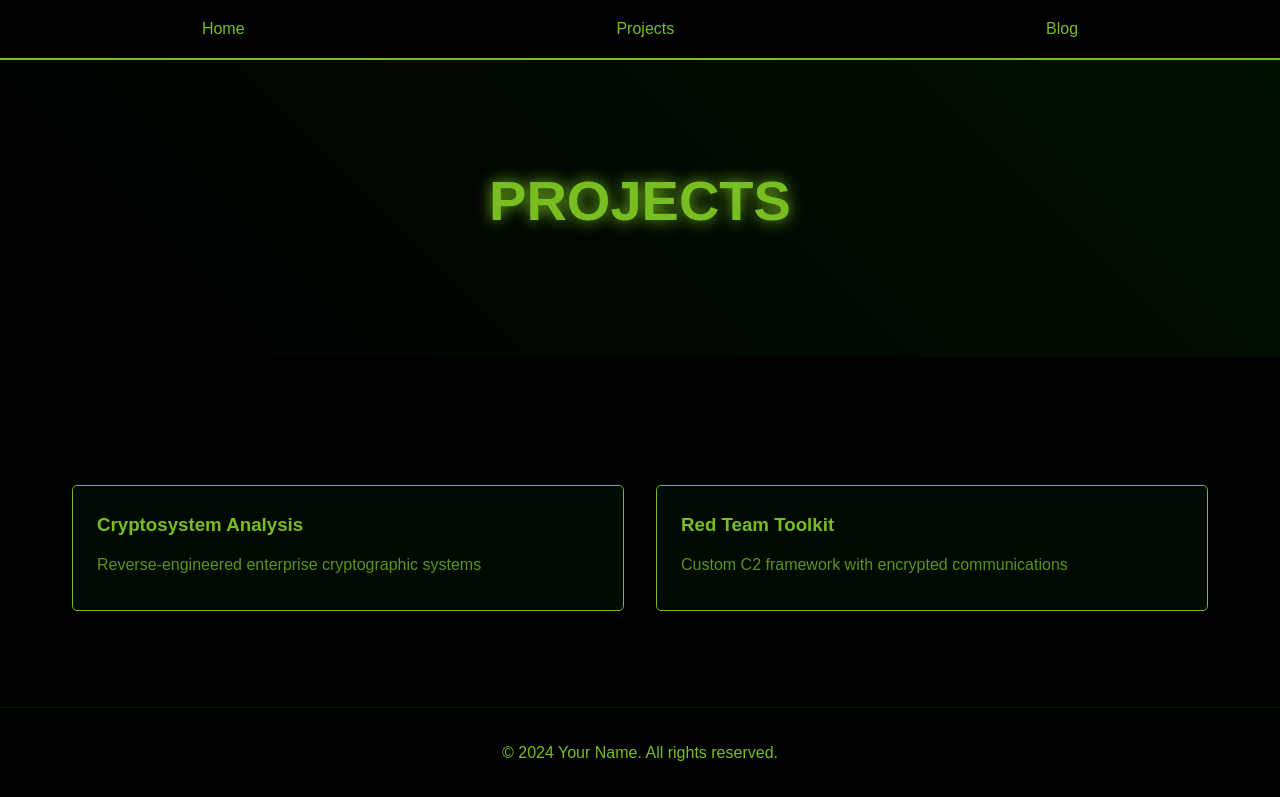
Repository: mohamedsoliman-tq/Website
Page: Projects.html
The author's editor kept a copy of each file at every save. The page is drawn from the files as they stood at one save, then again after the next save.
The browser window is 1280 px wide. The pictures show the whole page.

Above is the page before, as saved 2025-03-12 23:26:55.

After the next save:
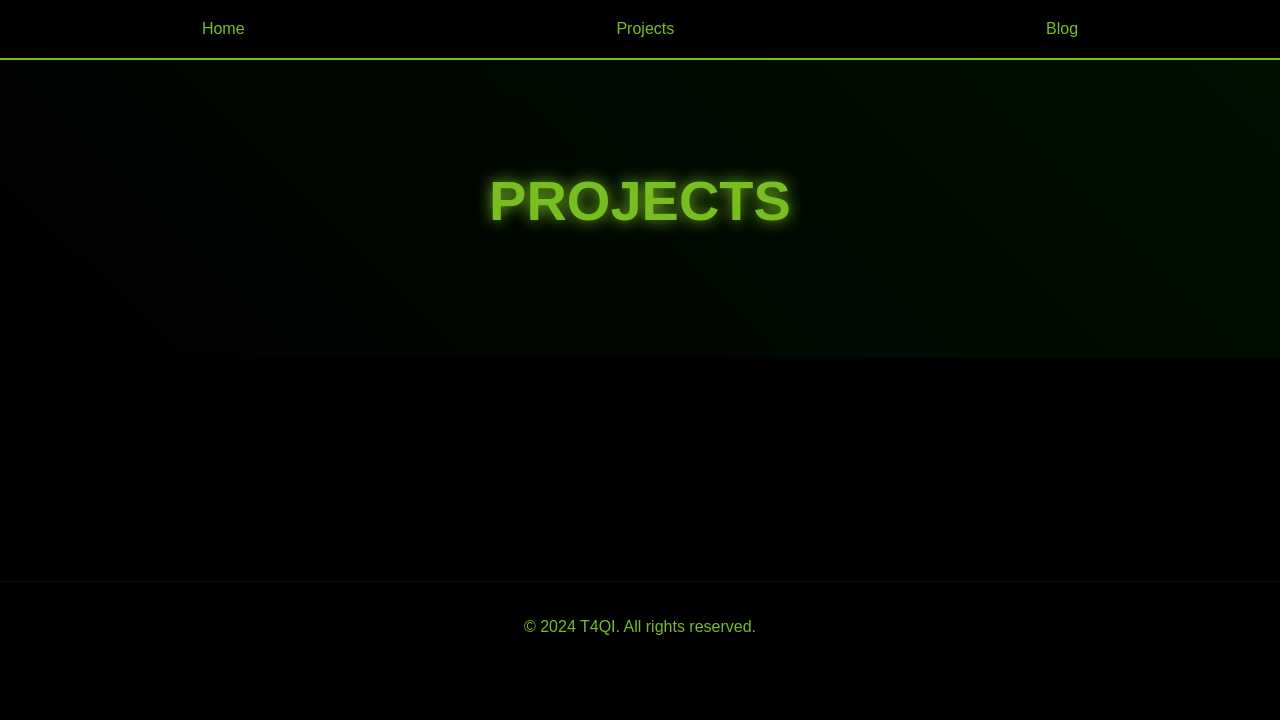
Saved 110 s later.
--- a/Projects.html
+++ b/Projects.html
@@ -30,19 +30,11 @@
 
     <section class="section">
         <div class="container projects">
-            <div class="project-card">
-                <h3>Cryptosystem Analysis</h3>
-                <p>Reverse-engineered enterprise cryptographic systems</p>
-            </div>
-            <div class="project-card">
-                <h3>Red Team Toolkit</h3>
-                <p>Custom C2 framework with encrypted communications</p>
-            </div>
         </div>
     </section>
 
     <footer>
-        <p>© 2024 Your Name. All rights reserved.</p>
+        <p>© 2024 T4QI. All rights reserved.</p>
     </footer>
 </body>
 </html>
